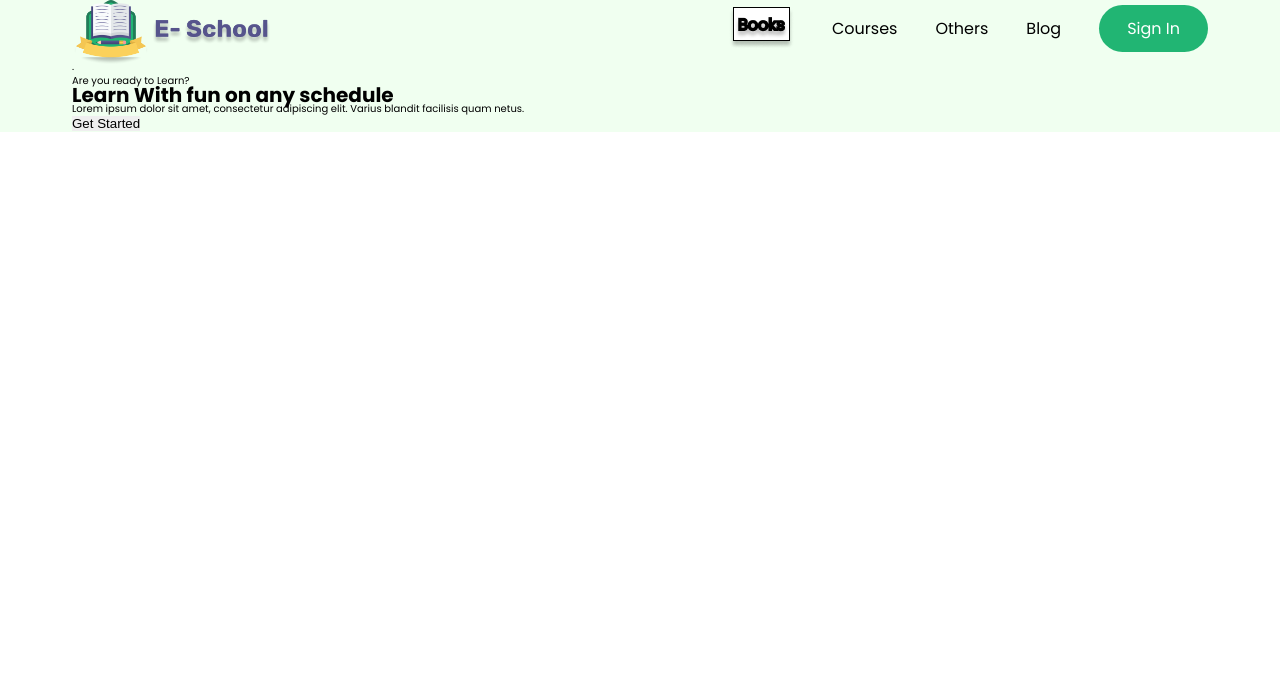
Repository: bijaythakur-code/E-school
Page: index.html
An editor plug-in stored every save of this project. The page is shown before and after the next save, followed by the edit.
The browser window is 1280 px wide. The pictures show the whole page.

Above is the page before, as saved 2022-05-11 14:56:08.
Console error: TypeError: Cannot set properties of null (setting 'textContent')

After the next save:
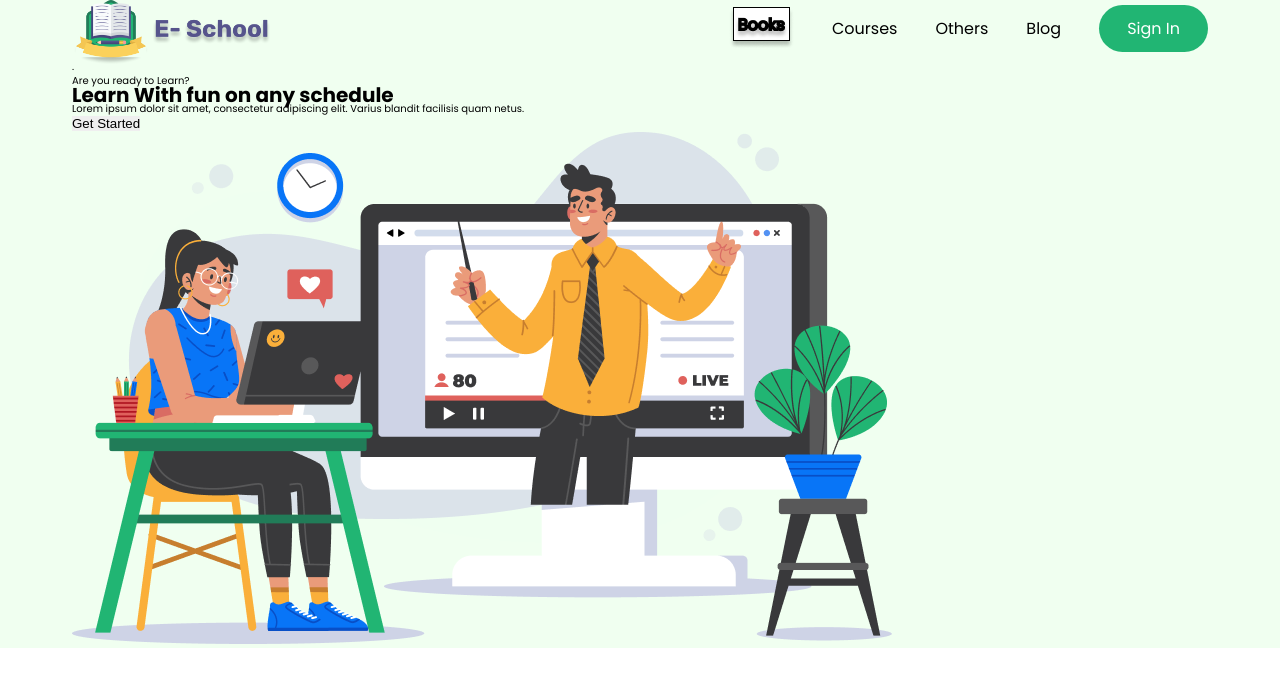
Saved 70 s later.
--- a/index.html
+++ b/index.html
@@ -61,6 +61,8 @@
               <button class="btn-get-started">Get Started</button>
             </a>
           </div>
+          <div class="hero-right">
+            <img src="/img/image-hero.png" alt="E-school hero" />
         </div>
       </div>
     </header>
